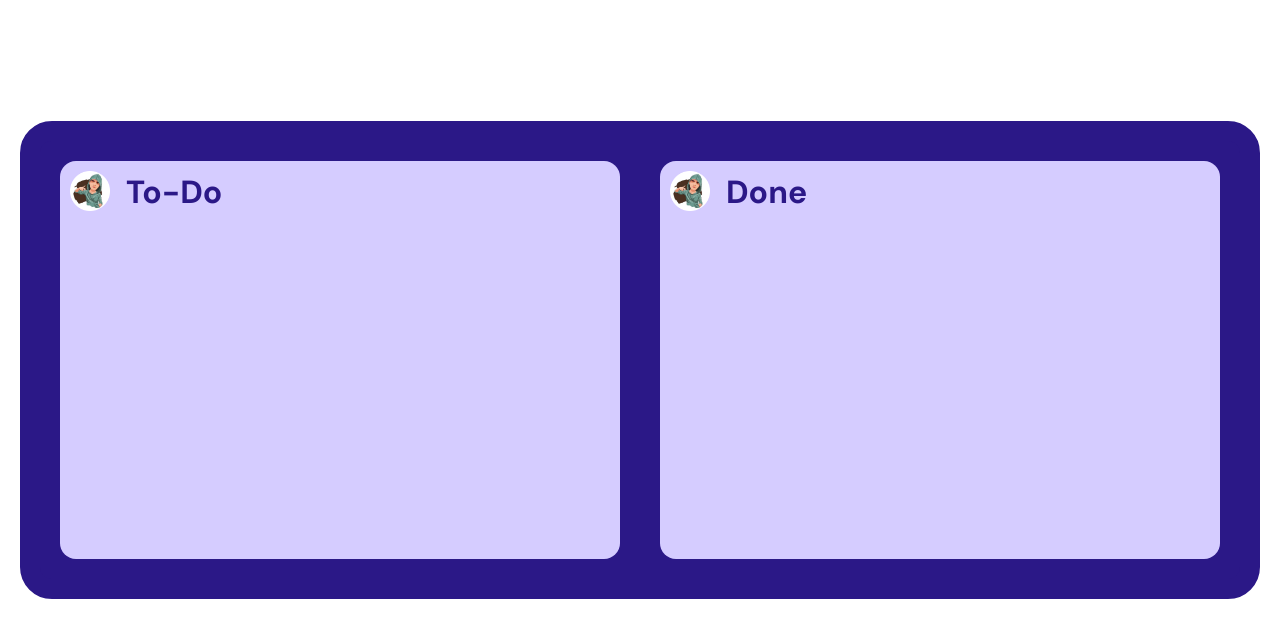
Repository: VitasYo/Kanban
Page: index.html
An editor plug-in stored every save of this project. The page is shown before and after the next save, followed by the edit.
The browser window is 1280 px wide. The pictures show the whole page.

Above is the page before, as saved 2024-04-14 23:49:07.

After the next save:
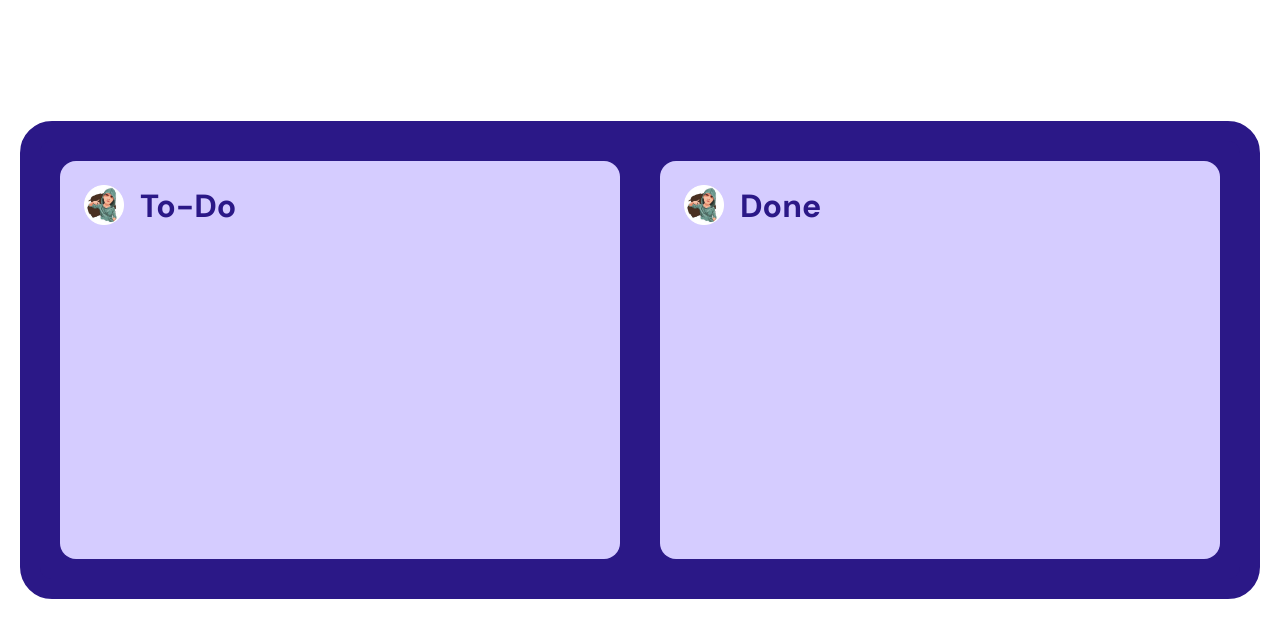
Saved 14 s later.
--- a/src/assets/css/component/_kanban.css
+++ b/src/assets/css/component/_kanban.css
@@ -17,7 +17,7 @@
     width: 560px;
     background-color: #D5CCFF;
     border-radius: 16px;
-    padding: 10px;
+    padding: 24px;
     margin: 20px;
 }
 
